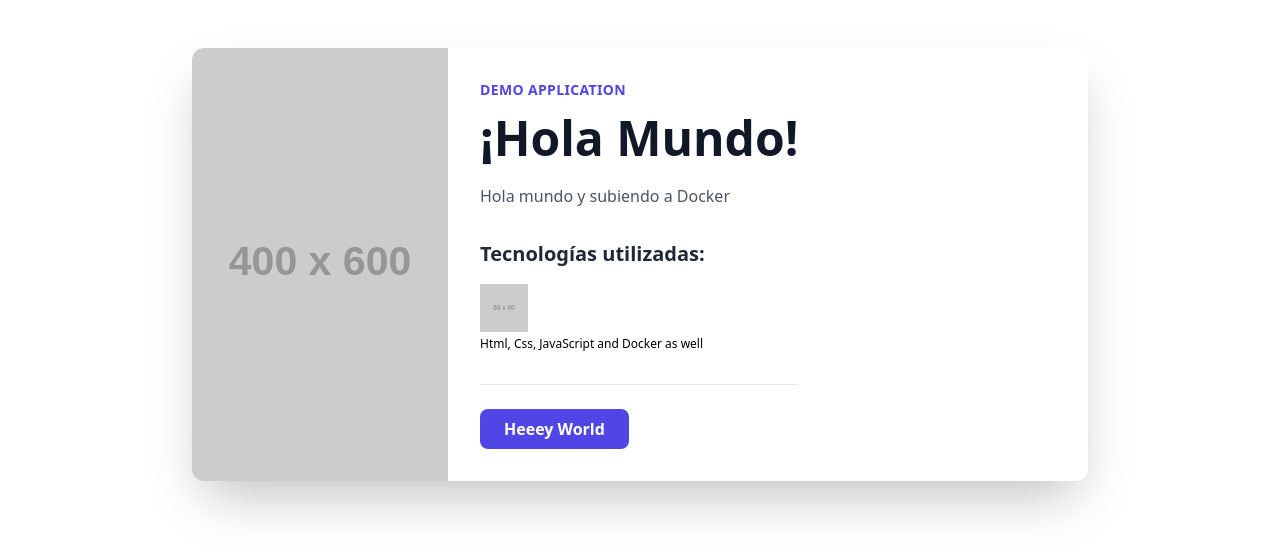
Repository: Deniz78y1966/s13electiva2
Page: index.html
These files come from the project's save history. The page is drawn as it stood at one moment and after the next save; the edit follows.
The browser window is 1280 px wide. The pictures show the whole page.
Some web libraries are served in a nearby version.

Above is the page before, as saved 2025-08-19 22:39:59.

### index.html
<!DOCTYPE html>
<html lang="en">
<head>
    <meta charset="UTF-8">
    <meta name="viewport" content="width=device-width, initial-scale=1.0">
    <title>Hello_World</title>
    <script src="https://cdn.tailwindcss.com"></script>

    <style>
        .greeting {
        animation: fadeIn 1.5s ease-in-out;
    }
    </style>
</head>
<body class="font-sans">
    <div class="container mx-auto px-4 py-12">
        <div class="max-w-4xl mx-auto bg-white rounded-xl shadow-2xl overflow-hidden">
            <div class="md:flex">
                <div class="md:flex-shrink-0">
                    <img src="https://placehold.co/400x600"
                         alt="Imagen abstracta de desarrollo web mostrando código en una pantalla con colores modernos azules y morados"
                         class="h-full w-full object-cover md:w-64">
                </div>
                <div class="p-8">
                    <div class="uppercase tracking-wide text-sm text-indigo-600 font-semibold mb-1">Demo Application</div>
                    <h1 class="greeting text-5xl font-bold text-gray-900 leading-tight mt-2">¡Hola Mundo!</h1>
                    <p class="mt-4 text-gray-600">Hola mundo y subiendo a Docker</p>
                    <div class="mt-8">
                        <h3 class="text-xl font-semibold text-gray-800">Tecnologías utilizadas:</h3>
                        <div class="flex space-x-6 mt-4">
                            <div class="tech-icons">
                                <img src="https://placehold.co/60x60" alt="Logo de HTML5 mostrando el icono naranja característico" class="h-12">
                                <p class="text-center text-xs mt-1">Html, Css, JavaScript and Docker as well</p>
                            <!-- </div>
                            <div class="tech-icons">
                                <img src="https://placehold.co/60x60" alt="Logo de CSS3 mostrando el icono azul característico" class="h-12">
                                <p class="text-center text-xs mt-1">CSS3</p>
                            </div>
                            <div class="tech-icons">
                                <img src="https://placehold.co/60x60" alt="Logo de JavaScript mostrando el ícono amarillo con el texto JS" class="h-12">
                                <p class="text-center text-xs mt-1">JavaScript</p>
                            </div>
                            <div class="tech-icons">
                                <img src="https://placehold.co/60x60" alt="Logo de Docker mostrando el clásico contenedor azul con ballena" class="h-12">
                                <p class="text-center text-xs mt-1">Docker</p>
                            </div> -->
                        </div>
                    </div>

                    <div class="mt-8 pt-6 border-t border-gray-200">
                        <button id="animateBtn" class="bg-indigo-600 hover:bg-indigo-700 text-white font-bold py-2 px-6 rounded-lg transition duration-300 transform hover:scale-105">
                            Heeey World
                        </button>
                    </div>
                </div>
            </div>
        </div>
    </div>

    <script>
        document.getElementById('animateBtn').addEventListener('click', function() {
            const greeting = document.querySelector('.greeting');
            greeting.style.animation = 'none';
            setTimeout(() => {
                greeting.style.animation = 'fadeIn 1.5s ease-in-out';
            }, 10);

            // Cambiar el saludo rotativamente
            const greetings = ['¡Hola Mundo!', 'Hello World!', 'Bonjour le monde!', 'Hallo Welt!'];
            const current = greeting.textContent;
            const nextIndex = (greetings.indexOf(current) + 1) % greetings.length;
            greeting.textContent = greetings[nextIndex];
        })
    </script>
</body>
</html>

After the next save:
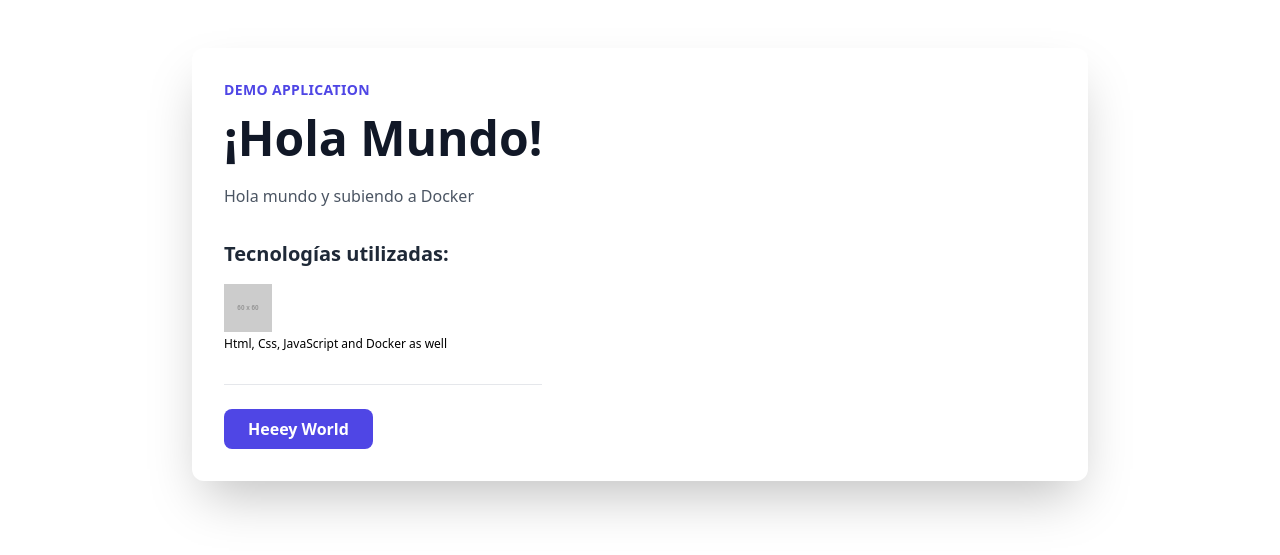
Saved 26 s later.
--- a/index.html
+++ b/index.html
@@ -17,9 +17,9 @@
         <div class="max-w-4xl mx-auto bg-white rounded-xl shadow-2xl overflow-hidden">
             <div class="md:flex">
                 <div class="md:flex-shrink-0">
-                    <img src="https://placehold.co/400x600"
+                    <!-- <img src="https://placehold.co/400x600"
                          alt="Imagen abstracta de desarrollo web mostrando código en una pantalla con colores modernos azules y morados"
-                         class="h-full w-full object-cover md:w-64">
+                         class="h-full w-full object-cover md:w-64"> -->
                 </div>
                 <div class="p-8">
                     <div class="uppercase tracking-wide text-sm text-indigo-600 font-semibold mb-1">Demo Application</div>
